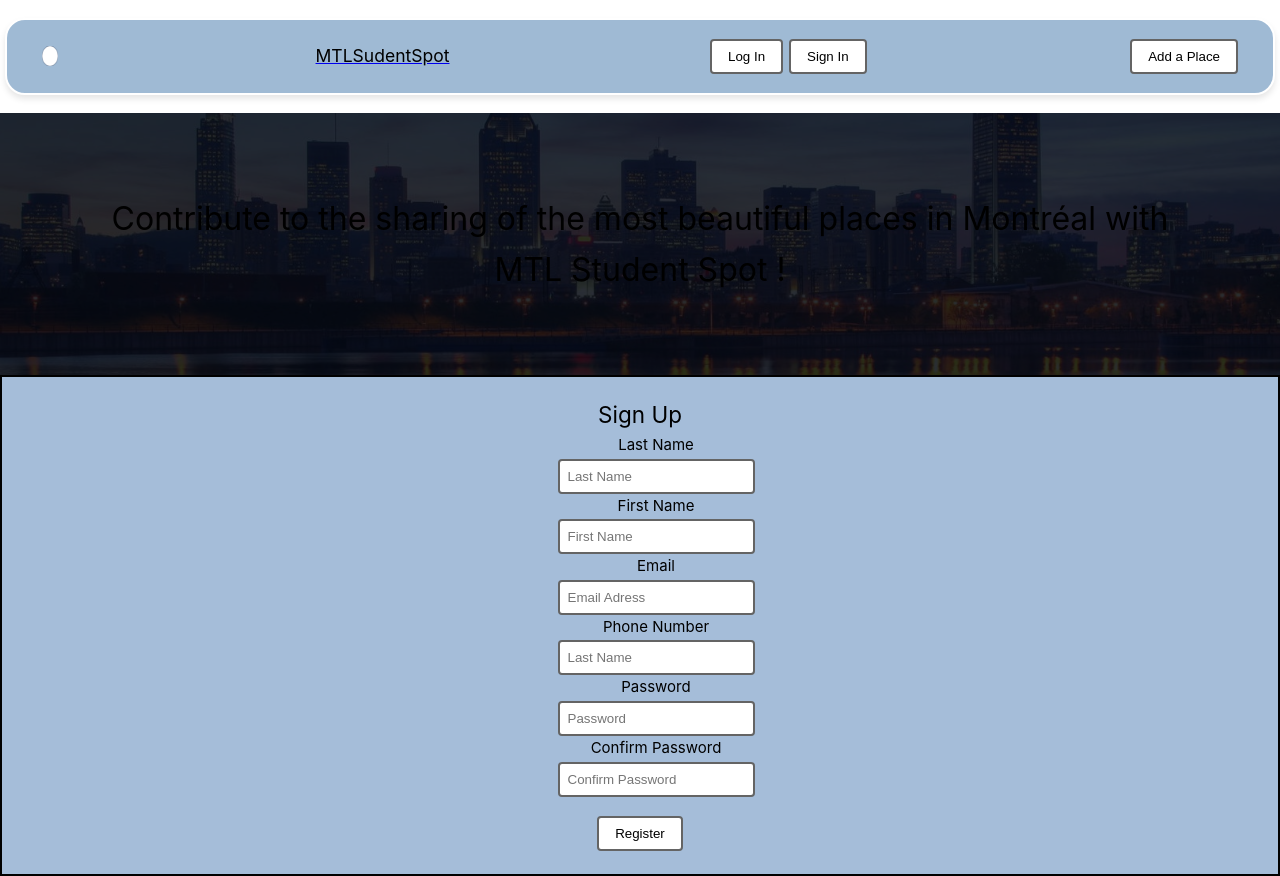
Repository: KevMn6ix/MOD8-2232-GRA-Damois-Leroi--Morant-Munto
Page: /register (app in client/)
The author's editor kept a copy of each file at every save. The page is drawn from the files as they stood at one save, then again after the next save.
The browser window is 1280 px wide. The pictures show the whole page.
The project was rebuilt for these pictures with package versions that can differ from the ones it lists, and the page was loaded fresh each time. Also part of the build but not shown: client/vite.config.js, client/src/components/HelloWorld.vue, client/src/components/Login.vue, client/src/views/LoginPage.vue, client/src/components/RowLandingPage.vue, client/src/components/PlaceItem.vue, client/server/services/places-service.js, client/src/components/PlaceList.vue and 1 more.

Above is the page before, as saved 2023-10-18 16:03:14.

After the next save:
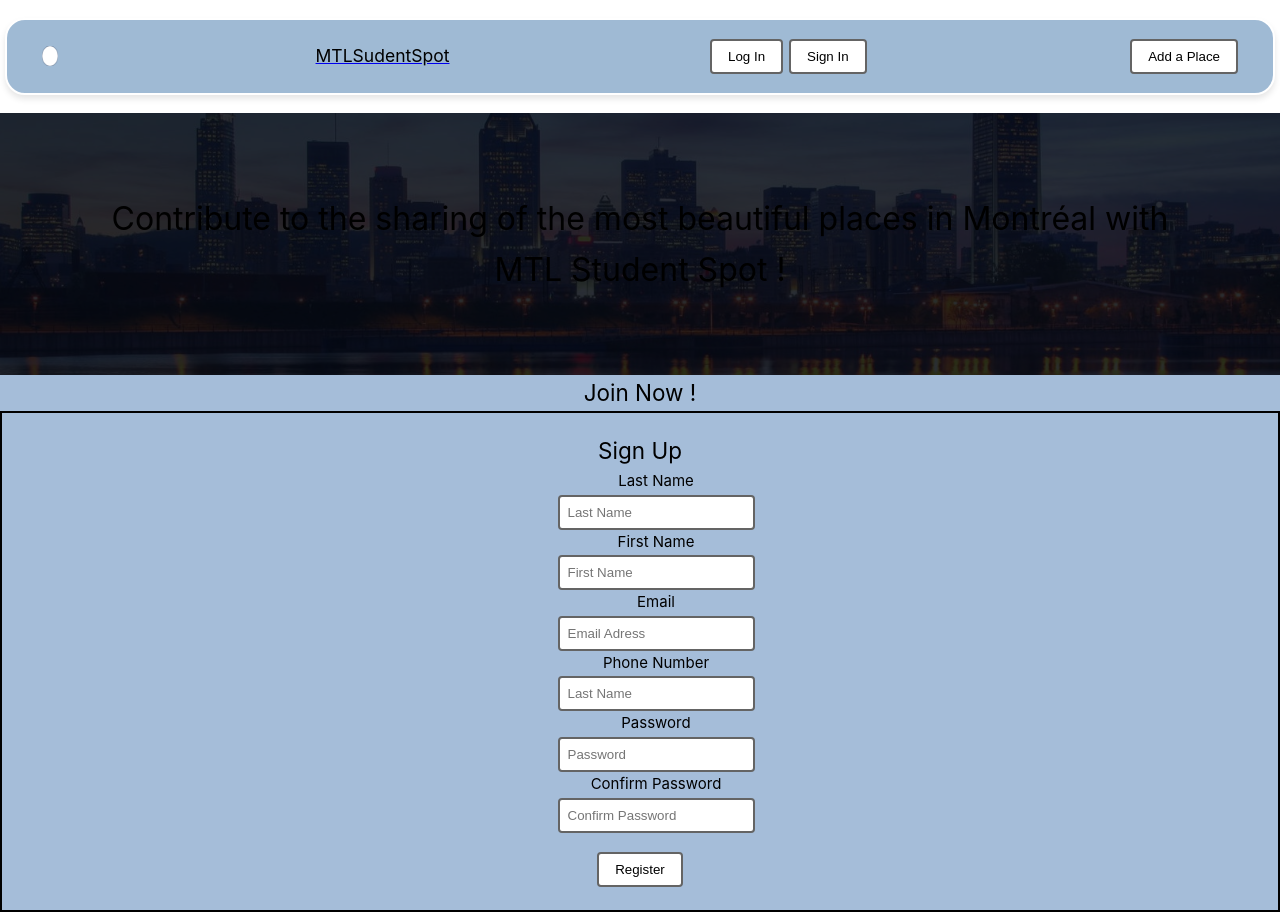
Saved 21 s later.
--- a/client/src/components/Register.vue
+++ b/client/src/components/Register.vue
@@ -52,6 +52,7 @@ export default{
     </header>
     <div class="page-bg">
     <h1>Contribute to the sharing of the most beautiful places in Montréal with MTL Student Spot !</h1>
+    <h2>Join Now !</h2>
 
     <form @submit.prevent="register" >
         <h2>Sign Up</h2>
